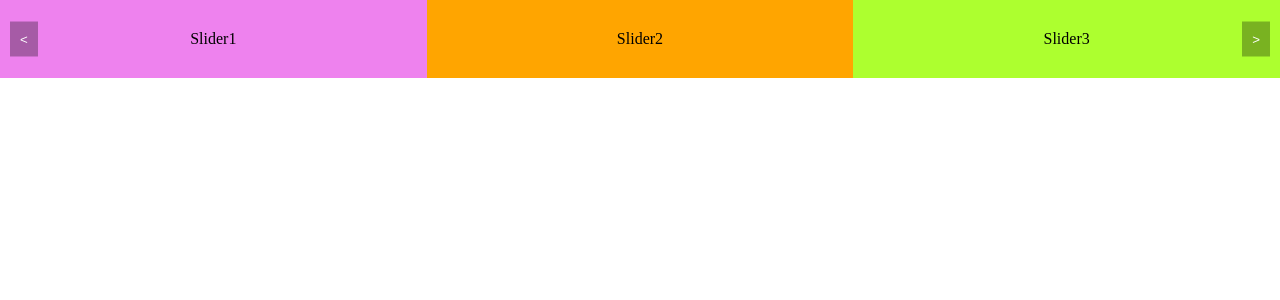
Repository: hoangan3526/Slideslip
Page: slidezy.html
An editor plug-in stored every save of this project. The page is shown before and after the next save, followed by the edit.
The browser window is 1280 px wide. The pictures show the whole page.

Above is the page before, as saved 2026-05-16 20:59:03.

### slidezy.html
<!doctype html>
<html lang="en">
  <head>
    <meta charset="UTF-8" />
    <meta name="viewport" content="width=device-width, initial-scale=1.0" />
    <link rel="stylesheet" href="./src/slidezy.css" />
    <title>Slider</title>
    <style>
      * {
        padding: 0;
        margin: 0;
        box-sizing: border-box;
      }

      .slidezy-slide {
        padding: 30px;
        text-align: center;
      }

      .slide-1 {
        background: violet;
      }

      .slide-2 {
        background: orange;
      }

      .slide-3 {
        background: greenyellow;
      }
      .slide-4 {
        background: rgb(238, 130, 197);
      }

      .slide-5 {
        background: rgb(255, 72, 0);
      }

      .slide-6 {
        background: rgb(89, 47, 255);
      }
    </style>
  </head>
  <body>
    <div id="my-slider">
      <div class="slide-1">Slider1</div>
      <div class="slide-2">Slider2</div>
      <div class="slide-3">Slider3</div>
      <div class="slide-4">Slider4</div>
      <div class="slide-5">Slider5</div>
      <div class="slide-6">Slider6</div>
    </div>
    <script src="./src/slidezy.js"></script>
    <script>
      const slide = new Slidezy("#my-slider", {
        items: 3,
        loop: true,
        speed: 300,
      });
    </script>
  </body>
</html>

### src/slidezy.css
.slidezy-wrapper {
  position: relative;
  width: 100%;
  overflow: hidden;
}

.slidezy-track {
  display: flex;
}

.slidezy-slide {
  flex: 0 0 auto;
}

.slidezy-prev,
.slidezy-next {
  position: absolute;
  top: 50%;
  transform: translateY(-50%);
  border: none;
  outline: none;
  padding: 10px;
  color: #fff;
  background: rgba(0, 0, 0, 0.3);
}

.slidezy-prev {
  left: 10px;
}

.slidezy-next {
  right: 10px;
}

### src/slidezy.js
function Slidezy(selector, options = {}) {
  this.container = document.querySelector(selector);
  if (!this.container) {
    console.error(`${selector} is not Container`);
    return;
  }
  this.opt = Object.assign({}, options);
  //slidezy-track
  this.slides = Array.from(this.container.children);
  this.opt = Object.assign(
    {
      items: 1,
      loop: false,
      speed: 300,
      nav: true,
    },
    options,
  );
  this.currentIndex = 0;

  this.currentIndex = this.opt.loop ? this.opt.items : 0;

  this.init();
  this._updatePosition();
}
Slidezy.prototype.init = function () {
  this.container.classList.add("slidezy-wrapper");
  this.createTrack();
  this.createControls();
  if (this.opt.nav) {
    this.createNav();
  }
};
Slidezy.prototype.createTrack = function () {
  this.track = document.createElement("div");

  this.track.className = "slidezy-track";

  if (this.opt.loop) {
    this.slideHead = this.slides
      .slice(-this.opt.items)
      .map((node) => node.cloneNode(true));
    this.slideTail = this.slides
      .slice(0, this.opt.items)
      .map((node) => node.cloneNode(true));
    this.slides = this.slideHead.concat(this.slides.concat(this.slideTail));
  }

  this.slides.forEach((track) => {
    track.classList.add("slidezy-slide");
    track.style.flexBasis = `calc(100% / ${this.opt.items})`;
    this.track.appendChild(track);
  });

  this.container.appendChild(this.track);
};
Slidezy.prototype.createNav = function () {
  this.navWrapper = document.createElement("div");
  this.navWrapper.className = "slidezy-nav";

  const slidesCount =
    this.slides.length - (this.opt.loop ? this.opt.items * 2 : 0);

  const pageCount = Math.ceil(slidesCount / this.opt.items);
  for (let i = 0; i < pageCount; i++) {
    const dot = document.createElement("button");
    dot.className = "slidezy-dot";
    if (i === 0) {
      dot.classList.add("active");
    }
  }
  this.container.append(this.navWrapper);
};
Slidezy.prototype.createControls = function () {
  this.prevbtn = document.createElement("button");
  this.nextbtn = document.createElement("button");

  this.prevbtn.textContent = "<";
  this.nextbtn.textContent = ">";

  this.prevbtn.classList.add("slidezy-prev");
  this.nextbtn.classList.add("slidezy-next");

  this.container.append(this.prevbtn, this.nextbtn);
  this.prevbtn.onclick = () => this.moveSlide(-1);
  this.nextbtn.onclick = () => this.moveSlide(1);
};
Slidezy.prototype.moveSlide = function (step) {
  if (this._isAnimating) return;
  this._isAnimating = true;

  const maxIndex = this.slides.length - this.opt.items;

  this.currentIndex = Math.min(Math.max(this.currentIndex + step, 0), maxIndex);

  setTimeout(() => {
    if (this.opt.loop) {
      if (this.currentIndex <= 0) {
        this.currentIndex = maxIndex - this.opt.items;
      } else if (this.currentIndex >= maxIndex) {
        this.currentIndex = this.opt.items;
      }
      this._updatePosition(true);
    }
    this._isAnimating = false;
  }, this.opt.speed);

  this._updatePosition();
};
Slidezy.prototype._updatePosition = function (instant = false) {
  this.track.style.transition = instant
    ? "none"
    : `transform ${this.opt.speed}ms ease-in-out`;
  this.offset = this.currentIndex * -(100 / this.opt.items);

  this.track.style.transform = `translateX(${this.offset}%)`;
};
// 4 5 6 1 2 3 4 5 6 1 2 3
// 0 1 2 3 4 5 6 7 8 9 10 11

After the next save:
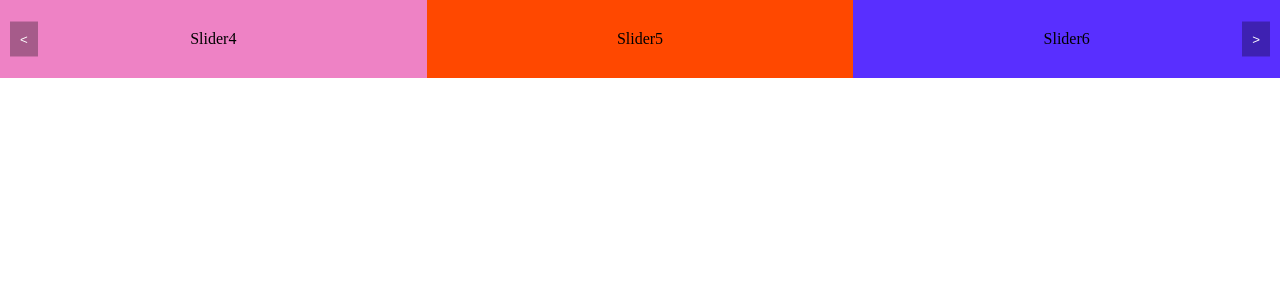
Console error: ReferenceError: dot is not defined
Saved 70 s later.
--- a/src/slidezy.js
+++ b/src/slidezy.js
@@ -69,7 +69,7 @@
       dot.classList.add("active");
     }
   }
-  this.container.append(this.navWrapper);
+  this.navWrapper.appendChild(dot);
 };
 Slidezy.prototype.createControls = function () {
   this.prevbtn = document.createElement("button");

After the save that followed:
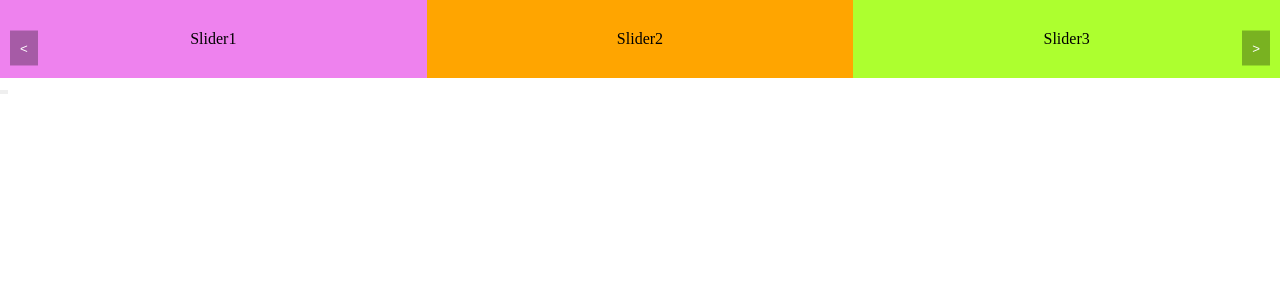
The error is gone.
Saved 33 s later.
--- a/src/slidezy.js
+++ b/src/slidezy.js
@@ -68,8 +68,9 @@
     if (i === 0) {
       dot.classList.add("active");
     }
+    this.navWrapper.appendChild(dot);
   }
-  this.navWrapper.appendChild(dot);
+  this.container.append(this.navWrapper);
 };
 Slidezy.prototype.createControls = function () {
   this.prevbtn = document.createElement("button");
